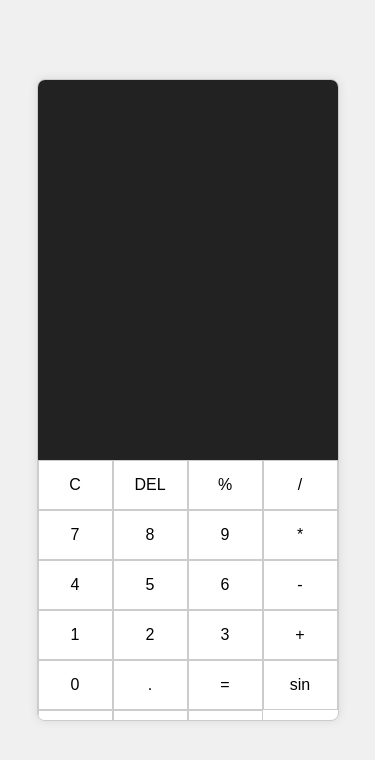
Repository: JuliusMonday/myCalculator
Page: index.html
An editor plug-in stored every save of this project. The page is shown before and after the next save, followed by the edit.
The browser window is 375 px wide. The pictures show the whole page.

Above is the page before, as saved 2024-05-31 08:23:38.

### index.html
<!DOCTYPE html>
<html lang="en">
<head>
    <meta charset="UTF-8">
    <meta name="viewport" content="width=device-width, initial-scale=1.0">
    <title>JuliusCalc - Scientific Calculator</title>
    <link rel="stylesheet" href="styles.css">
</head>
<body>
    <div class="calculator">
        <div class="display">
            <input type="text" id="result" disabled>
        </div>
        <div class="buttons">
            <button onclick="clearDisplay()">C</button>
            <button onclick="deleteChar()">DEL</button>
            <button onclick="appendChar('%')">%</button>
            <button onclick="appendChar('/')">/</button>

            <button onclick="appendChar('7')">7</button>
            <button onclick="appendChar('8')">8</button>
            <button onclick="appendChar('9')">9</button>
            <button onclick="appendChar('*')">*</button>

            <button onclick="appendChar('4')">4</button>
            <button onclick="appendChar('5')">5</button>
            <button onclick="appendChar('6')">6</button>
            <button onclick="appendChar('-')">-</button>

            <button onclick="appendChar('1')">1</button>
            <button onclick="appendChar('2')">2</button>
            <button onclick="appendChar('3')">3</button>
            <button onclick="appendChar('+')">+</button>

            <button onclick="appendChar('0')">0</button>
            <button onclick="appendChar('.')">.</button>
            <button onclick="calculate()">=</button>

            <button onclick="appendChar('Math.sin(')">sin</button>
            <button onclick="appendChar('Math.cos(')">cos</button>
            <button onclick="appendChar('Math.log(')">log</button>
            <button onclick="appendChar('Math.sqrt(')">√</button>
        </div>
    </div>
    <script src="index.js"></script>
</body>
</html>

### styles.css
/* styles.css */

body {
    display: flex;
    justify-content: center;
    align-items: center;
    height: 100vh;
    background-color: #f0f0f0;
    font-family: 'Arial', sans-serif;
    margin: 0;
}

.calculator {
    width: 300px;
    border: 1px solid #ccc;
    border-radius: 8px;
    overflow: hidden;
    box-shadow: 0 0 10px rgba(0, 0, 0, 0.1);
    background-color: #ffffff;
}

.display {
    background-color: #222;
    color: #fff;
    text-align: right;
    padding: 20px;
    font-size: 24px;
}

.display input {
    width: 100%;
    border: none;
    background: none;
    color: #fff;
    text-align: right;
    font-size: 24px;
}

.buttons {
    display: grid;
    grid-template-columns: repeat(4, 1fr);
}

button {
    padding: 20px;
    font-size: 18px;
    border: 1px solid #ccc;
    background-color: #fff;
    cursor: pointer;
    transition: background-color 0.2s;
}

button:hover {
    background-color: #f0f0f0;
}

button:active {
    background-color: #ddd;
}

/* Responsive Design */
@media (max-width: 600px) {
    .calculator {
        width: 80%;
        height: 80%;
        border-radius: 5;
    }
    .display {
        padding: 10px;
        font-size: 20px;
        height: 300px;
        padding-top: 70px;
    }
    button {
        padding: 15px;
        font-size: 16px;

    }

}

### index.js
// script.js

function appendChar(char) {
    document.getElementById('result').value += char;
}

function clearDisplay() {
    document.getElementById('result').value = '';
}

function deleteChar() {
    let currentDisplay = document.getElementById('result').value;
    document.getElementById('result').value = currentDisplay.slice(0, -1);
}

function calculate() {
    try {
        let expression = document.getElementById('result').value;

        // Automatically close any opened parentheses
        let openParenthesisCount = (expression.match(/\(/g) || []).length;
        let closeParenthesisCount = (expression.match(/\)/g) || []).length;
        let missingCloseParenthesis = openParenthesisCount - closeParenthesisCount;

        for (let i = 0; i < missingCloseParenthesis; i++) {
            expression += ')';
        }

        let result = eval(expression);
        document.getElementById('result').value = result;
    } catch (error) {
        document.getElementById('result').value = 'Error';
    }
}

After the next save:
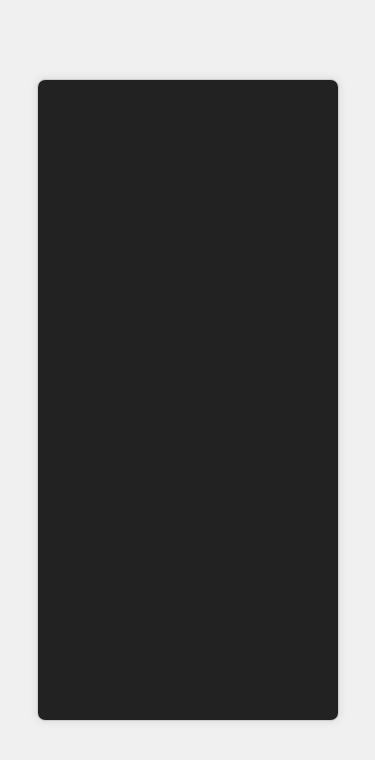
Saved 19 s later.
--- a/styles.css
+++ b/styles.css
@@ -69,7 +69,7 @@ button:active {
         padding: 10px;
         font-size: 20px;
         height: 300px;
-        padding-top: 70px;
+        padding-top: 700px;
     }
     button {
         padding: 15px;
